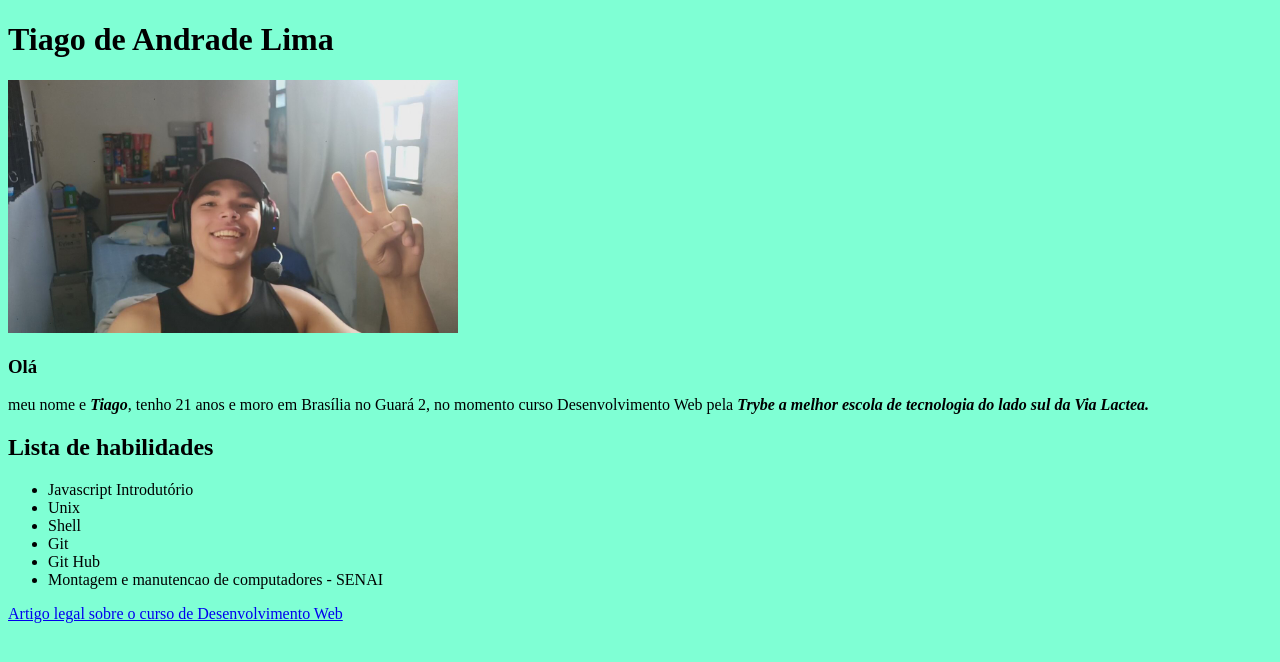
Repository: Batatiago/Batatiago.github.io
Page: index.html
The author's editor kept a copy of each file at every save. The page is drawn from the files as they stood at one save, then again after the next save.
The browser window is 1280 px wide. The pictures show the whole page.

Above is the page before, as saved 2023-06-28 23:14:37.

After the next save:
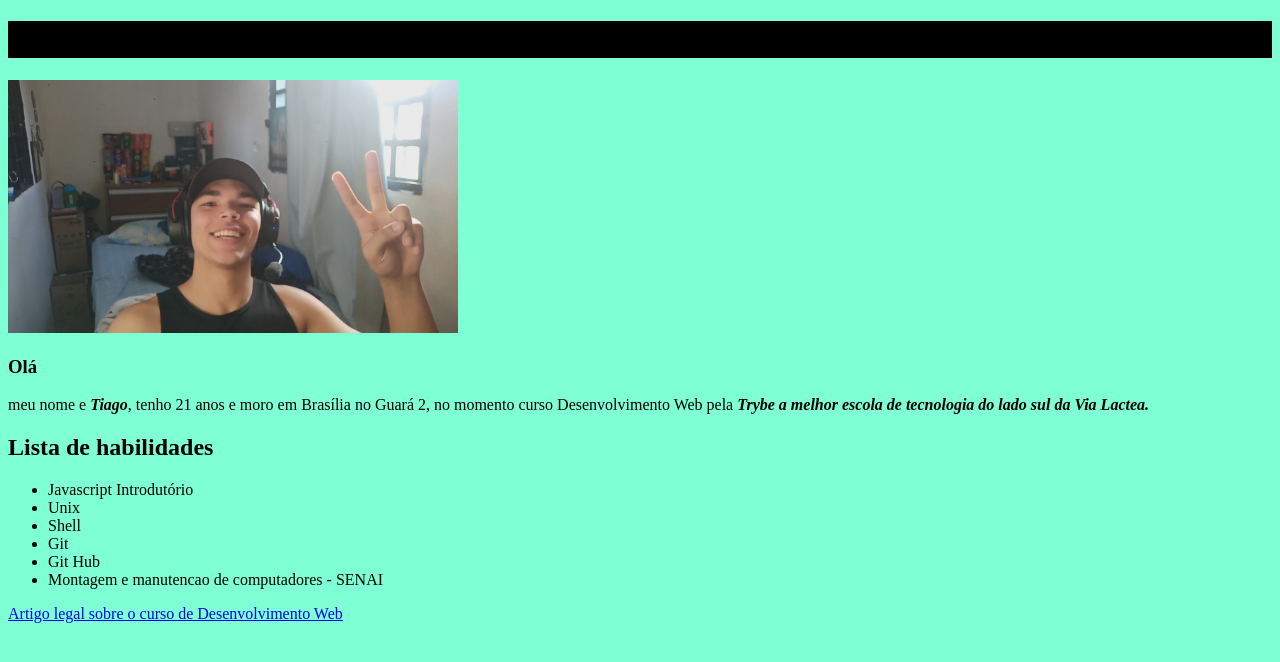
Saved 10 s later.
--- a/style.css
+++ b/style.css
@@ -2,6 +2,6 @@
    background-color: aquamarine;
 }
 
-#meuNome{
+.meuNome{
     background-color: black;
 }
